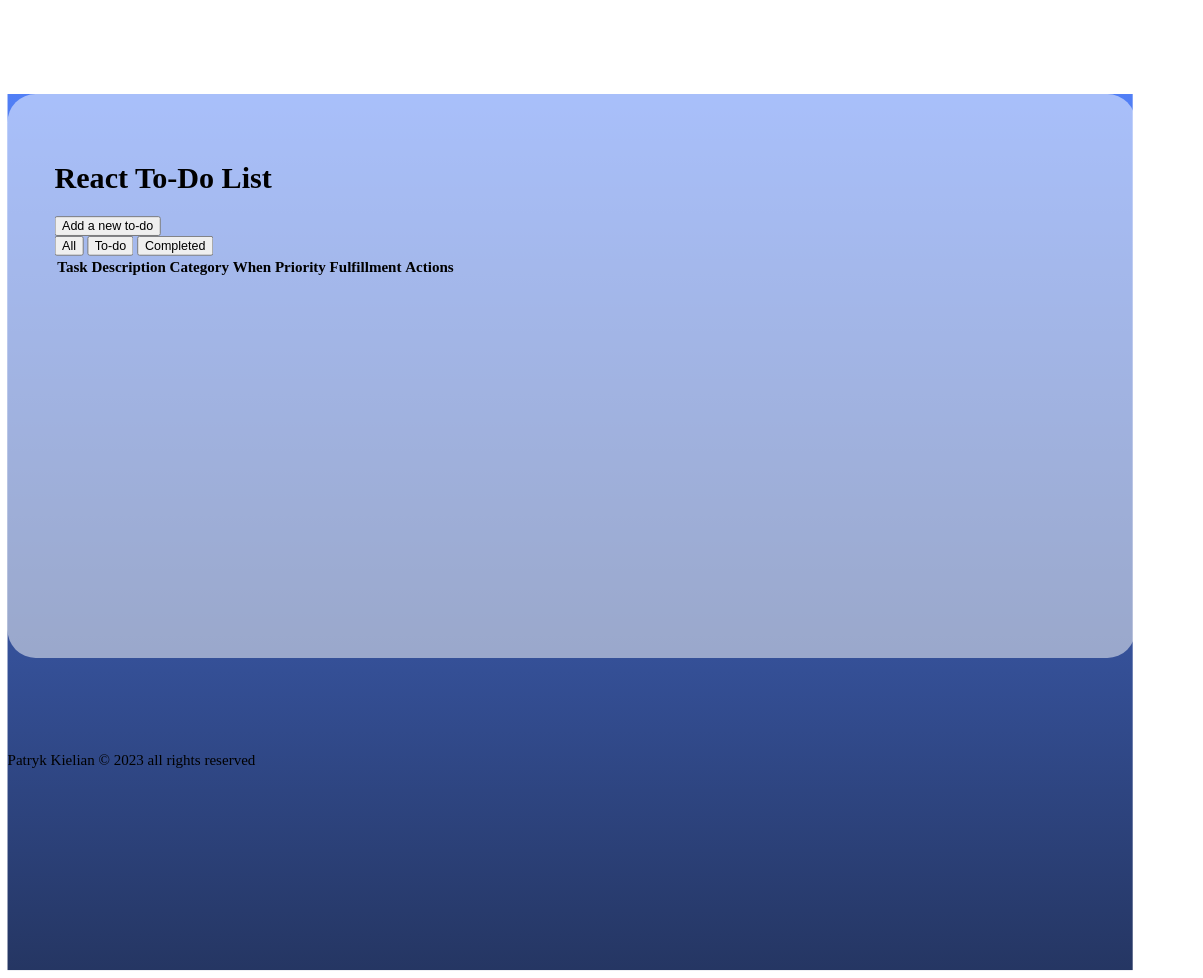
Repository: mirajane2/maquette-todo
Page: index.html
The author's editor kept a copy of each file at every save. The page is drawn from the files as they stood at one save, then again after the next save.
The browser window is 1280 px wide. The pictures show the whole page, at 94% of full size.

Above is the page before, as saved 2024-11-13 10:36:04.

### index.html
<!DOCTYPE html>
<html lang="fr">
<head>
    <meta charset="UTF-8">
    <meta name="viewport" content="width=device-width, initial-scale=1.0">
    <link rel="stylesheet" href="index.css">
    <title>Maquette Figma</title>
</head>
<body>
    <div class="container">
        <div class="content">
            <h1 class="titre">React To-Do List</h1>
            <div class="control">
                <button class="taches"> Add a new to-do</button>
                <div class="choix_selection">
                    <button class="show">All</button>
                    <button class="options">To-do</button>
                    <button class="options">Completed</button>
                </div>
            </div>

            <div class="table">
                <table>
                    <thead>
                        <tr>
                            <th>Task</th>
                            <th>Description</th>
                            <th>Category</th>
                            <th>When</th>
                            <th>Priority</th>
                            <th>Fulfillment</th>
                            <th>Actions</th>
                        </tr>
                    </thead>
                    <tbody class="valeur">
                        <script src="script.js"></script>
                    </tbody>
                </table>
            </div>
        </div>
        <footer>
            <p>Patryk Kielian © 2023 all rights reserved</p>
        </footer>
    </div>
</body>
</html>

### index.css
.container {
    background: linear-gradient(180deg, #517FF6, #253663);
    font: inherit;
    width: 1197px;
    height: 932px;
}

.content{
    width: 1100px;
    min-height: 500px;
    background-color: #FFFFFF80;
    border-radius: 30px;
    margin: 100px auto;
    padding: 50px;
}

Loaded but not shown: script.js (no stored copy; drawn as an empty file)

After the next save:
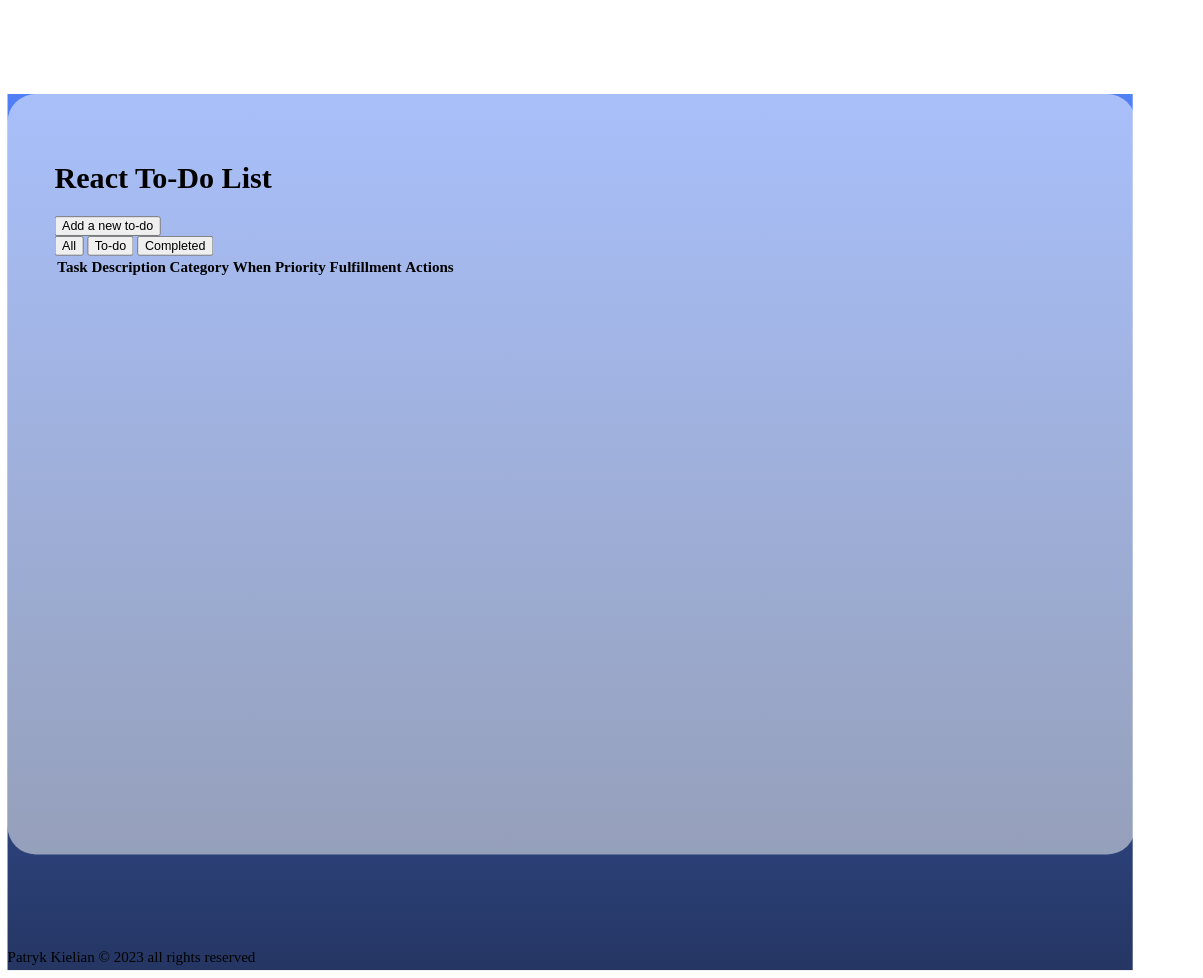
Saved 2 min 3 s later.
--- a/index.css
+++ b/index.css
@@ -7,7 +7,7 @@
 
 .content{
     width: 1100px;
-    min-height: 500px;
+    min-height: 709px;
     background-color: #FFFFFF80;
     border-radius: 30px;
     margin: 100px auto;
